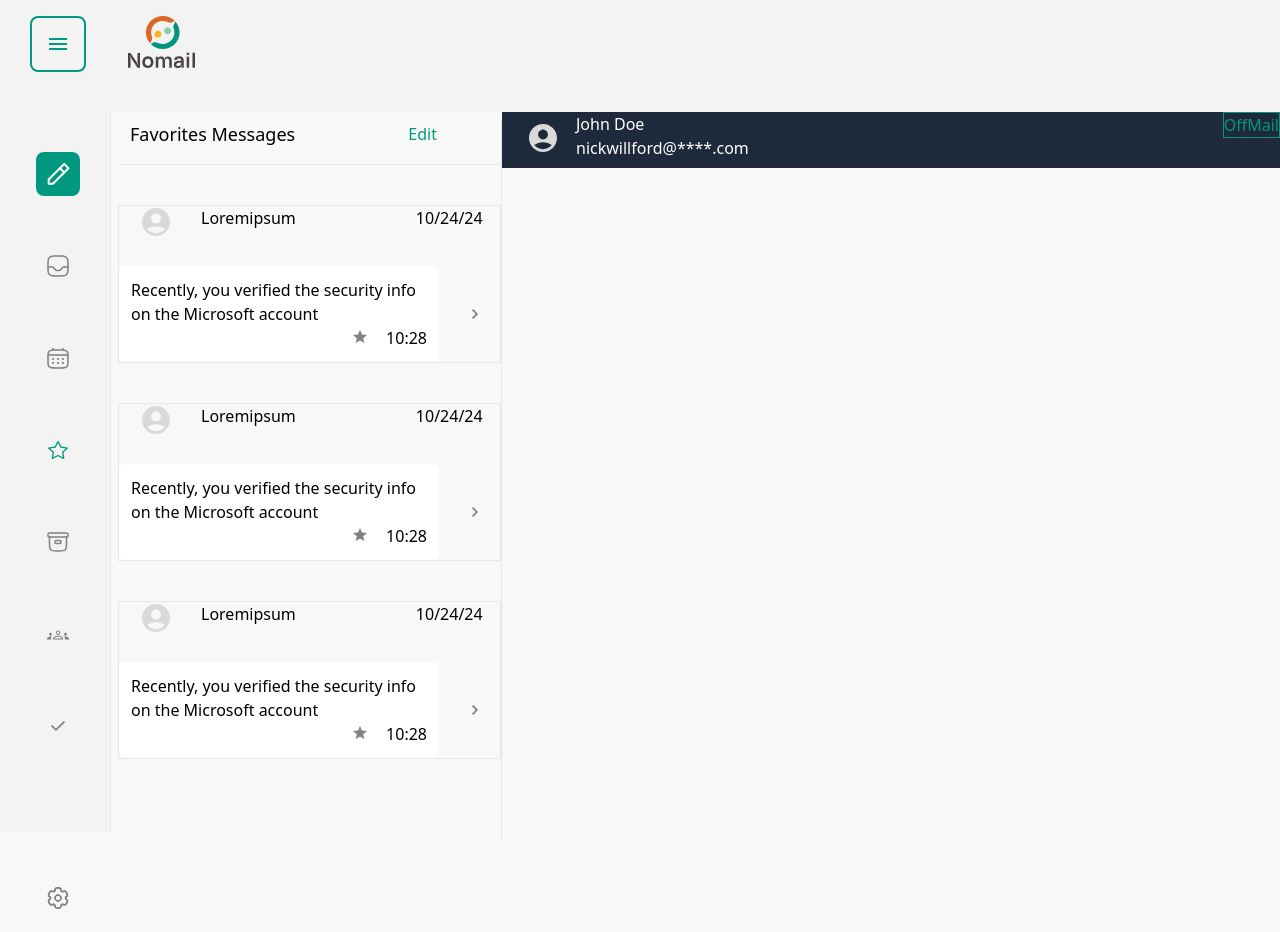
Repository: Tofigkh1/Nomail-Project
Page: /favorites (app in client/)
An editor plug-in stored every save of this project. The page is shown before and after the next save, followed by the edit.
The browser window is 1280 px wide. The pictures show the whole page.
The project was rebuilt for these pictures with package versions that can differ from the ones it lists, and the page was loaded fresh each time. The framework's server and built-in components were replaced by stand-ins that run in the browser. Also part of the build but not shown: client/next.config.mjs, client/components/shared/svg/FavoritesSvg.jsx, client/components/shared/svg/calendarActiveSvg.jsx, client/components/shared/client/CheckBox/index.tsx.

Above is the page before, as saved 2024-11-22 03:05:59.

### client/app/layout.tsx

import type { Metadata } from "next";
import localFont from "next/font/local";
import "./Styles/globals.css";


const geistSans = localFont({
  src: "./fonts/GeistVF.woff",
  variable: "--font-geist-sans",
  weight: "100 900",
});
const geistMono = localFont({
  src: "./fonts/GeistMonoVF.woff",
  variable: "--font-geist-mono",
  weight: "100 900",
});

export const metadata: Metadata = {
  title: "Create Next App",
  description: "Generated by create next app",
};

export default function RootLayout({
  children,
}: Readonly<{
  children: React.ReactNode;
}>) {
  return (
    <html lang="en">
      <body
        className={`${geistSans.variable} ${geistMono.variable} antialiased`}
      >
        {children}

      </body>
    </html>
  );
}

### client/app/Styles/globals.css
@tailwind base;
@tailwind components;
@tailwind utilities;

body{
  background-color: #f8f8f8;
}

.App {
  font-family: sans-serif;
  text-align: center;
}


:root {
  --background: #ffffff;
  --foreground: #171717;
}

@media (prefers-color-scheme: dark) {
  :root {
    --background: #0a0a0a;
    --foreground: #ededed;
  }
}


@layer utilities {
  .text-balance {
    text-wrap: balance;
  }
}

### client/components/shared/client/Header/header.tsx
'use client';
import { useContext } from "react";
import { SidebarContext } from '../SideBarMenu/sideBarMenu'; // Import context
import NomailLogo from "@/components/shared/svg/headerlLogoSvg";
import HamburgerBtnSvg from "../../svg/hamburgerBtnSvg"



export default function Header() {

    const { expanded, setExpanded } = useContext(SidebarContext); // Access context

    return (
        <div className="flex items-center justify-between p-4 bg-headerColor text-white">
            <div className='w-auto h-20 flex gap-14'>

                <div>
                    <button onClick={() => setExpanded(!expanded)}
                            className="pl-3.5  hover:bg-clientButtonGreen w-14 h-11">
                        <HamburgerBtnSvg/>
                    </button>
                </div>

                <div>
                    <NomailLogo/>
                </div>


            </div>
        </div>
    );
}

### client/components/shared/client/SideBarMenu/sideBarMenu.tsx
'use client';
import React, {  useContext, ReactNode } from "react";
// import { ChevronFirst, ChevronLast } from "lucide-react";


export const SidebarContext = React.createContext<{ expanded: boolean; setExpanded: (expanded: boolean) => void; }>({
    expanded: false,
    setExpanded: () => {},
});

// Sidebar component now depends on context for state
export default function Sidebar({ children }: { children: ReactNode }) {
    const { expanded } = useContext(SidebarContext);

    return (
        <aside className="h-screen bg-headerColor">
            <nav
                className={`h-full flex flex-col bg-headerColor border-r border-whiteLight3 transition-all duration-200 ease-in-out ml-3 ${expanded ? "w-[127%] h-[130%] " : "w-[99px]"}`}>

                <ul className=" flex-1 px-3">{children}</ul>
            </nav>
        </aside>
    );
}

// SidebarItem component for individual items inside the sidebar
type SidebarItemProps = {
    icon: ReactNode;   // Icon to display in the sidebar item
    text: string;      // Text to display in the sidebar item
    active: boolean;   // Boolean to determine if the item is active (highlighted)
    onClick: () => void; // Add onClick function to handle clicks
    style?: React.CSSProperties;
};

export function SidebarItem({icon, text, active, onClick,style}: SidebarItemProps) {
    const context = useContext(SidebarContext); // Sidebar context to manage expanded/collapsed state
    const {expanded} = context!;

    return (

        <li
            onClick={onClick} // Attach the click handler here
            style={style}
            className={`group relative flex items-center py-2 px-3 my-1 font-medium rounded-md cursor-pointer transition-colors mt-8
                ${
                  active
                    ? "text-mainRedLight" // Active item style
                    : expanded || active // Eğer expanded true ise hover stilini ekle
                    ? "hover:bg-textColorGreen"
                    : "" // Expanded değilse hover stili olmasın
                }`}
        >

            <span className="text-xl transition-all duration-300 ease-in-out">
        {icon}
      </span>

            {/* Text büyütüldü ve boşluk artırıldı */}
            {expanded && (
                <span className="ml-4 text-xl text-black transition-all duration-300 ease-in-out ">
          {text}
        </span>
            )}


            {!expanded && (
                <span
                    className={` absolute left-full whitespace-nowrap bg-textColorGreen text-white rounded-md py-1 px-2 transition-all duration-300 ease-in-out ml-2 opacity-0 group-hover:opacity-100`}
                >
          {text}
        </span>
            )}
        </li>
    );
}

### client/components/shared/svg/newMail.jsx
'use client'
export default function  newMail(){
    return(
        <>
            <svg width="44" height="44" viewBox="0 0 44 44" fill="none" xmlns="http://www.w3.org/2000/svg">
                <rect width="44" height="44" rx="8" fill="#00987F"/>
                <path fill-rule="evenodd" clip-rule="evenodd"
                      d="M27.5115 11.2439C27.902 10.8534 28.5351 10.8534 28.9257 11.2438L33.1687 15.4863C33.3562 15.6739 33.4616 15.9282 33.4616 16.1935C33.4616 16.4587 33.3562 16.7131 33.1687 16.9006L17.6122 32.4571C17.4247 32.6446 17.1703 32.75 16.9051 32.75H12.6626C12.1103 32.75 11.6626 32.3023 11.6626 31.75V27.5075C11.6626 27.2423 11.768 26.9879 11.9555 26.8004L27.5115 11.2439ZM28.2187 13.3652L13.6626 27.9217V30.75H16.4909L31.0473 16.1935L28.2187 13.3652Z"
                      fill="white"/>
                <path fill-rule="evenodd" clip-rule="evenodd"
                      d="M23.269 15.4864C23.6595 15.0959 24.2927 15.0959 24.6832 15.4864L28.9257 19.7289C29.3162 20.1194 29.3162 20.7526 28.9257 21.1431C28.5352 21.5336 27.902 21.5336 27.5115 21.1431L23.269 16.9006C22.8784 16.5101 22.8784 15.8769 23.269 15.4864Z"
                      fill="white"/>
            </svg>


        </>
    )
}

### client/components/shared/svg/ArchiveSvg.jsx
'use client'
export default function archiveSvg(){
    return(
        <>
            <svg width="44" height="44" viewBox="0 0 44 44" fill="none" xmlns="http://www.w3.org/2000/svg">
                <path
                    d="M19 22C19 21.534 19 21.301 19.076 21.117C19.1777 20.8725 19.3723 20.6783 19.617 20.577C19.801 20.5 20.034 20.5 20.5 20.5H23.5C23.966 20.5 24.199 20.5 24.383 20.576C24.6275 20.6777 24.8217 20.8723 24.923 21.117C25 21.301 25 21.534 25 22C25 22.466 25 22.699 24.924 22.883C24.8223 23.1275 24.6277 23.3217 24.383 23.423C24.199 23.5 23.966 23.5 23.5 23.5H20.5C20.034 23.5 19.801 23.5 19.617 23.424C19.3725 23.3223 19.1783 23.1277 19.077 22.883C19 22.699 19 22.466 19 22Z"
                    stroke="#A4A4A9" stroke-width="1.5"/>
                <path
                    d="M19 22C19 21.534 19 21.301 19.076 21.117C19.1777 20.8725 19.3723 20.6783 19.617 20.577C19.801 20.5 20.034 20.5 20.5 20.5H23.5C23.966 20.5 24.199 20.5 24.383 20.576C24.6275 20.6777 24.8217 20.8723 24.923 21.117C25 21.301 25 21.534 25 22C25 22.466 25 22.699 24.924 22.883C24.8223 23.1275 24.6277 23.3217 24.383 23.423C24.199 23.5 23.966 23.5 23.5 23.5H20.5C20.034 23.5 19.801 23.5 19.617 23.424C19.3725 23.3223 19.1783 23.1277 19.077 22.883C19 22.699 19 22.466 19 22Z"
                    stroke="black" stroke-opacity="0.2" stroke-width="1.5"/>
                <path
                    d="M30.5 17V23C30.5 26.771 30.5 28.657 29.328 29.828C28.157 31 26.271 31 22.5 31H21.5C17.729 31 15.843 31 14.672 29.828C13.5 28.657 13.5 26.771 13.5 23V17"
                    stroke="#A4A4A9" stroke-width="1.5" stroke-linecap="round"/>
                <path
                    d="M30.5 17V23C30.5 26.771 30.5 28.657 29.328 29.828C28.157 31 26.271 31 22.5 31H21.5C17.729 31 15.843 31 14.672 29.828C13.5 28.657 13.5 26.771 13.5 23V17"
                    stroke="black" stroke-opacity="0.2" stroke-width="1.5" stroke-linecap="round"/>
                <path
                    d="M12 15C12 14.057 12 13.586 12.293 13.293C12.586 13 13.057 13 14 13H30C30.943 13 31.414 13 31.707 13.293C32 13.586 32 14.057 32 15C32 15.943 32 16.414 31.707 16.707C31.414 17 30.943 17 30 17H14C13.057 17 12.586 17 12.293 16.707C12 16.414 12 15.943 12 15Z"
                    stroke="#A4A4A9" stroke-width="1.5"/>
                <path
                    d="M12 15C12 14.057 12 13.586 12.293 13.293C12.586 13 13.057 13 14 13H30C30.943 13 31.414 13 31.707 13.293C32 13.586 32 14.057 32 15C32 15.943 32 16.414 31.707 16.707C31.414 17 30.943 17 30 17H14C13.057 17 12.586 17 12.293 16.707C12 16.414 12 15.943 12 15Z"
                    stroke="black" stroke-opacity="0.2" stroke-width="1.5"/>
            </svg>

        </>
    )
}

### client/components/shared/svg/TodoSvg.jsx
'use client'
export default function  todoSvg(){
    return(
        <>
            <svg width="44" height="44" viewBox="0 0 44 44" fill="none" xmlns="http://www.w3.org/2000/svg">
                <path d="M19.8957 27L15 22.2599L16.2239 21.0748L19.8957 24.6299L27.7761 17L29 18.185L19.8957 27Z"
                      fill="#A4A4A9"/>
                <path d="M19.8957 27L15 22.2599L16.2239 21.0748L19.8957 24.6299L27.7761 17L29 18.185L19.8957 27Z"
                      fill="black" fill-opacity="0.2"/>
            </svg>

        </>
    )
}

### client/components/shared/svg/FavoritesActiveSvg.jsx
'use client'
export default function  favoritesActiveSvg(){
    return(
        <>
        <svg width="44" height="44" viewBox="0 0 44 44" fill="none" xmlns="http://www.w3.org/2000/svg">
<path d="M15.5808 30.2201C15.4833 30.7528 16.0307 31.1692 16.5132 30.9316L22.0006 28.2246L27.4868 30.9316C27.9693 31.1692 28.5168 30.7528 28.4193 30.2213L27.3818 24.5457L31.7842 20.5188C32.1967 20.142 31.9842 19.4533 31.4317 19.3789L25.3093 18.5438L22.5794 13.3517C22.5274 13.2465 22.4453 13.1576 22.3428 13.0953C22.2402 13.0331 22.1214 13 22 13C21.8787 13 21.7598 13.0331 21.6573 13.0953C21.5547 13.1576 21.4727 13.2465 21.4206 13.3517L18.6907 18.545L12.5683 19.3801C12.0171 19.4545 11.8033 20.1432 12.2146 20.52L16.6182 24.5469L15.5808 30.2225V30.2201ZM21.7119 26.8999L17.1045 29.1725L17.972 24.4245C17.9928 24.3152 17.9852 24.2026 17.9496 24.0969C17.914 23.9911 17.8517 23.8955 17.7682 23.8185L14.1358 20.4948L19.2007 19.8037C19.3054 19.788 19.4046 19.7484 19.4901 19.6883C19.5756 19.6281 19.6448 19.5492 19.6919 19.4581L21.9981 15.0688L24.3068 19.4581C24.354 19.5492 24.4232 19.6281 24.5086 19.6883C24.5941 19.7484 24.6934 19.788 24.7981 19.8037L29.863 20.4936L26.2306 23.8173C26.1469 23.8944 26.0844 23.9903 26.0488 24.0962C26.0133 24.2022 26.0057 24.315 26.0268 24.4245L26.8943 29.1725L22.2869 26.8999C22.1979 26.8555 22.0991 26.8324 21.9988 26.8324C21.8985 26.8324 21.8009 26.8555 21.7119 26.8999Z" fill="#00987F"/>
</svg>



        </>
    )
}

### client/components/shared/client/messagesView/index.tsx
"use client";

import ProfileSvg from "../../svg/ProfileSvg";


export default function MessagesView() {



    return(

        <div>

        <header>
            <div className=" top-0 w-full h-14 bg-slate-800">

                <div className=" flex justify-between">




                <div className=" flex gap-2">


                <div className=" pt-2.5 ml-4">
                <ProfileSvg/>
                </div>
                <div className=" text-white">
                    <h1>John Doe</h1>
                    <h1>nickwillford@****.com</h1>
                </div>
                </div>


                <div>
                    <button className=" border border-buttonColor text-buttonColor">
                        OffMail
                    </button>
                </div>

                </div>
            </div>
        </header>


        </div>

    )

}

### client/components/shared/svg/hamburgerBtnSvg.jsx
'use client'
export default function  HamburgerBtnSvg(){
    return(
        <>
            <svg width="56" height="56" viewBox="0 0 56 56" fill="none" xmlns="http://www.w3.org/2000/svg">
                <rect x="1" y="1" width="54" height="54" rx="7" stroke="#00987F" stroke-width="2"/>
                <path d="M19 22H37V24H19V22ZM19 27H37V29H19V27ZM19 32H37V34H19V32Z" fill="#00987F"/>
            </svg>


        </>
    )
}

### client/components/shared/svg/ProfileSvg.jsx
'use client'
export default function  ProfileSvg(){
    return(
        <>


            <svg width="50" height="32" viewBox="0 0 32 32" fill="none" xmlns="http://www.w3.org/2000/svg">
<g clip-path="url(#clip0_1904_19120)">
<path fill-rule="evenodd" clip-rule="evenodd" d="M16 2C8.2678 2 2 8.2678 2 16C2 23.7322 8.2678 30 16 30C23.7322 30 30 23.7322 30 16C30 8.2678 23.7322 2 16 2ZM11.1 12.5C11.1 11.8565 11.2267 11.2193 11.473 10.6249C11.7192 10.0304 12.0802 9.49018 12.5352 9.03518C12.9902 8.58017 13.5304 8.21924 14.1249 7.97299C14.7193 7.72674 15.3565 7.6 16 7.6C16.6435 7.6 17.2807 7.72674 17.8751 7.97299C18.4696 8.21924 19.0098 8.58017 19.4648 9.03518C19.9198 9.49018 20.2808 10.0304 20.527 10.6249C20.7733 11.2193 20.9 11.8565 20.9 12.5C20.9 13.7996 20.3838 15.0459 19.4648 15.9648C18.5459 16.8838 17.2996 17.4 16 17.4C14.7004 17.4 13.4541 16.8838 12.5352 15.9648C11.6162 15.0459 11.1 13.7996 11.1 12.5ZM24.7612 22.9776C23.7129 24.2955 22.3805 25.3597 20.8635 26.0908C19.3465 26.8219 17.684 27.2011 16 27.2C14.316 27.2011 12.6535 26.8219 11.1365 26.0908C9.61949 25.3597 8.28713 24.2955 7.2388 22.9776C9.5082 21.3494 12.605 20.2 16 20.2C19.395 20.2 22.4918 21.3494 24.7612 22.9776Z" fill="#D9D9D9"/>
</g>
<defs>
<clipPath id="clip0_1904_19120">
<rect width="32" height="32" fill="white"/>
</clipPath>
</defs>
</svg>


        </>
    )
}

### client/components/shared/svg/MessageArrovSvg.jsx
'use client'
export default function  MessageArrovSvg(){
    return(
        <>




            <svg width="32" height="32" viewBox="0 0 32 32" fill="none" xmlns="http://www.w3.org/2000/svg">
<path fill-rule="evenodd" clip-rule="evenodd" d="M14.2 11L19 16L14.2 21L13 19.75L16.6 16L13 12.25L14.2 11Z" fill="#A4A4A9"/>
<path fill-rule="evenodd" clip-rule="evenodd" d="M14.2 11L19 16L14.2 21L13 19.75L16.6 16L13 12.25L14.2 11Z" fill="black" fill-opacity="0.2"/>
</svg>

        </>
    )
}

### client/components/shared/svg/starSvg.jsx
'use client'
export default function  starSvg(){
    return(
        <>




<svg width="20" height="20" viewBox="0 0 20 20" fill="none" xmlns="http://www.w3.org/2000/svg">
<path d="M5.6775 17L6.815 12.1934L3 8.96053L8.04 8.53289L10 4L11.96 8.53289L17 8.96053L13.185 12.1934L14.3225 17L10 14.4513L5.6775 17Z" fill="#A4A4A9"/>
<path d="M5.6775 17L6.815 12.1934L3 8.96053L8.04 8.53289L10 4L11.96 8.53289L17 8.96053L13.185 12.1934L14.3225 17L10 14.4513L5.6775 17Z" fill="black" fill-opacity="0.2"/>
</svg>

        </>
    )
}

### client/tailwind.config.ts
import type { Config } from "tailwindcss";

const config: Config = {
  content: [
    "./pages/**/*.{js,ts,jsx,tsx,mdx}",
    "./components/**/*.{js,ts,jsx,tsx,mdx}",
    "./app/**/*.{js,ts,jsx,tsx,mdx}",
  ],
  theme: {
    extend: {
      colors: {
        background: "var(--background)",
        foreground: "var(--foreground)",
        headerColor: "#F3F3F3",
        textColorGreen: "#00987F",
        textGray: "#A4A4A9",
        sideBarColor: "#E5E5E5",
        textColGreen: "#00987F",
        bordersColor: "#D1D1D6",
        buttonColor: "#00987F"
      },
    },
  },
  plugins: [],
};
export default config;

Loaded but not shown: client/components/shared/svg/settingSvg.jsx (25 lines, source omitted); client/components/shared/svg/calendarSvg.jsx (31 lines, source omitted); client/components/shared/svg/InboxSvg.jsx (17 lines, source omitted); client/components/shared/svg/groupSvg.jsx (17 lines, source omitted); client/app/favorites/page.tsx (120 lines, source omitted); client/components/shared/svg/headerlLogoSvg.jsx (38 lines, source omitted); client/components/shared/client/FavoritesMessage/index.tsx (145 lines, source omitted)

After the next save:
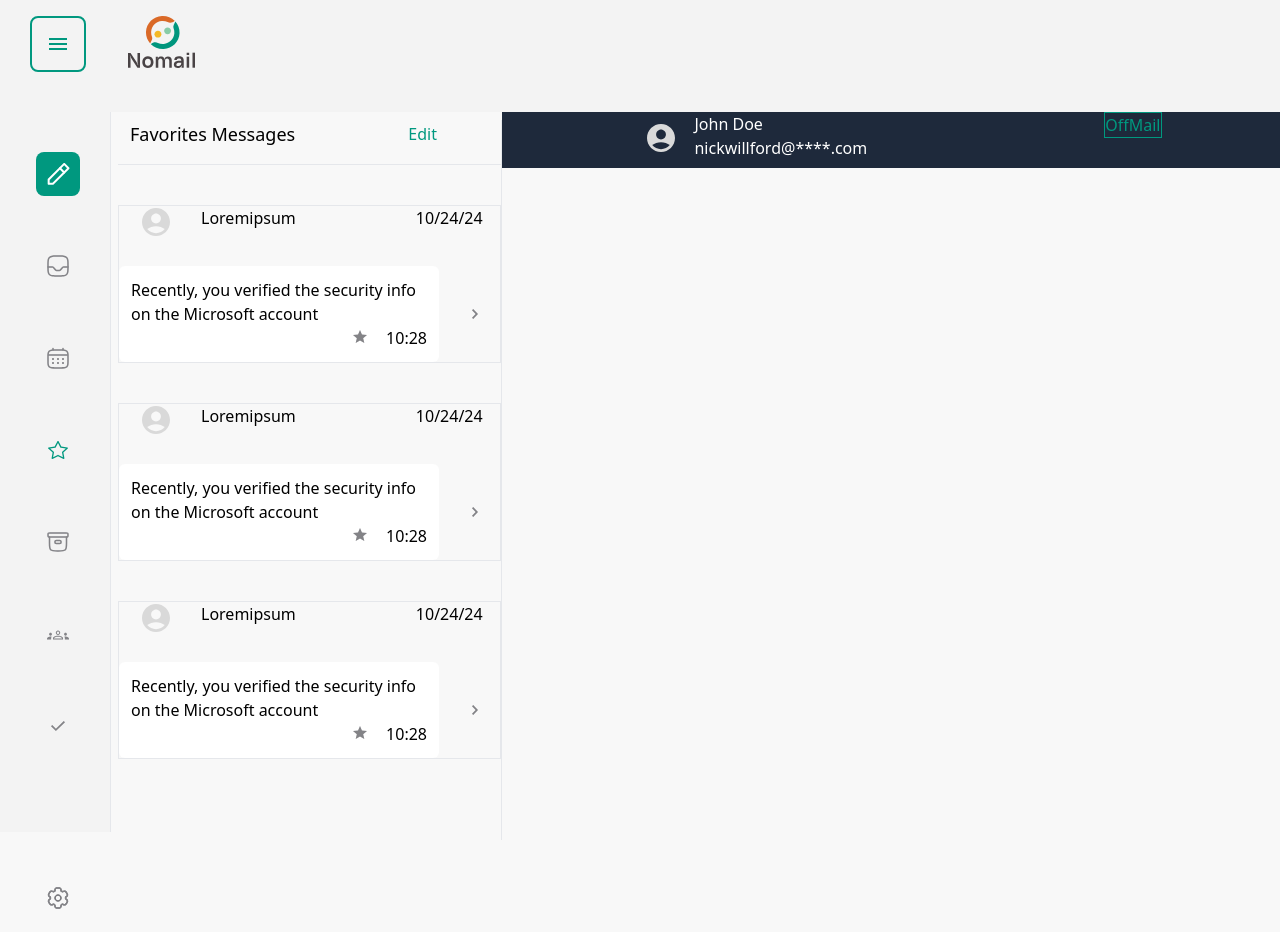
Saved 7 s later.
--- a/client/components/shared/client/messagesView/index.tsx
+++ b/client/components/shared/client/messagesView/index.tsx
@@ -14,7 +14,7 @@
         <header>
             <div className=" top-0 w-full h-14 bg-slate-800">
 
-                <div className=" flex justify-between">
+                <div className=" flex justify-around">
 
 
 

After the 2 saves that followed:
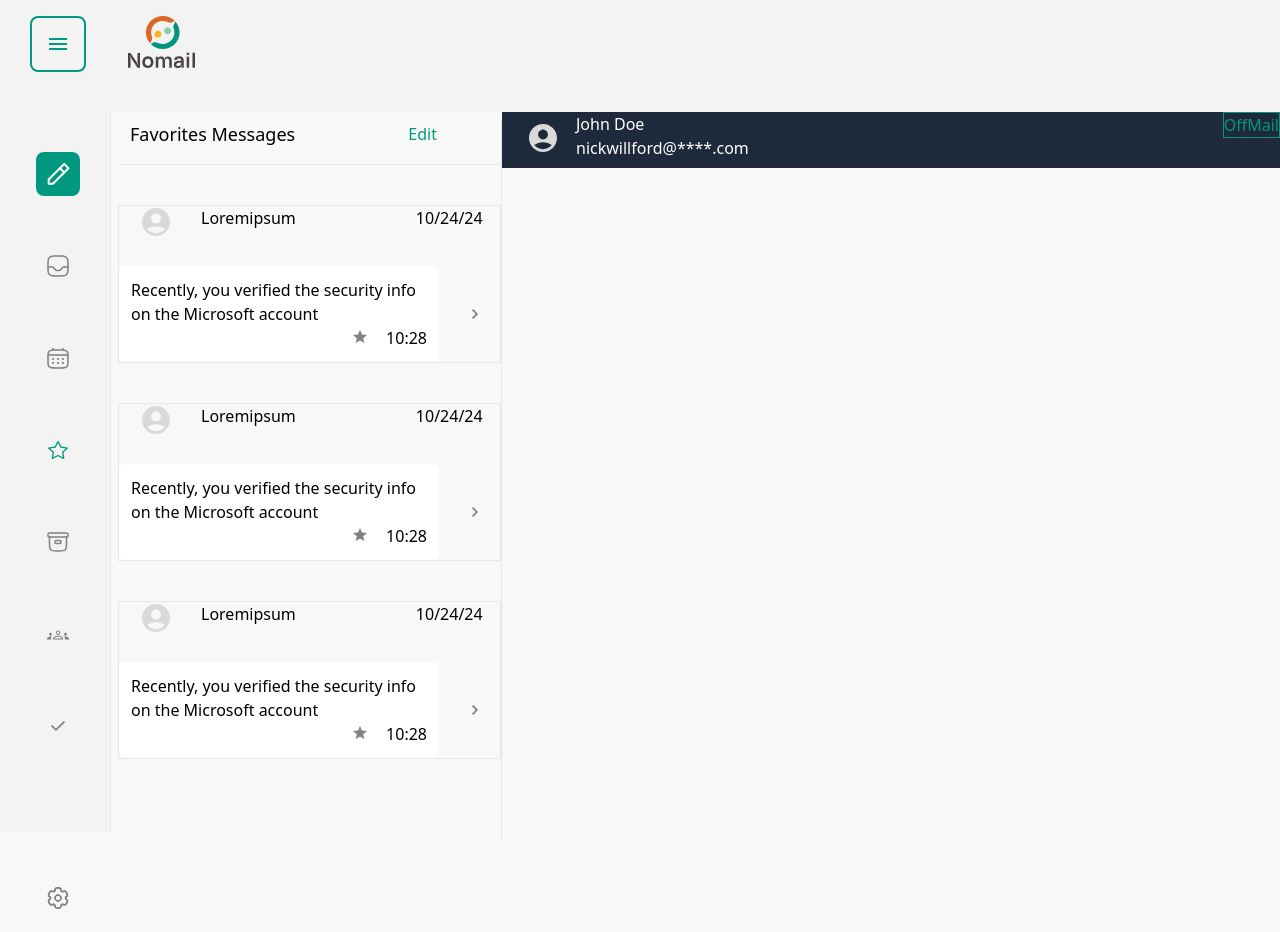
The 2 saves are shown as one change because they came seconds apart.
The last was saved 8 s later.
--- a/client/components/shared/client/messagesView/index.tsx
+++ b/client/components/shared/client/messagesView/index.tsx
@@ -14,7 +14,7 @@
         <header>
             <div className=" top-0 w-full h-14 bg-slate-800">
 
-                <div className=" flex justify-around">
+                <div className=" flex justify-between">
 
 
 
